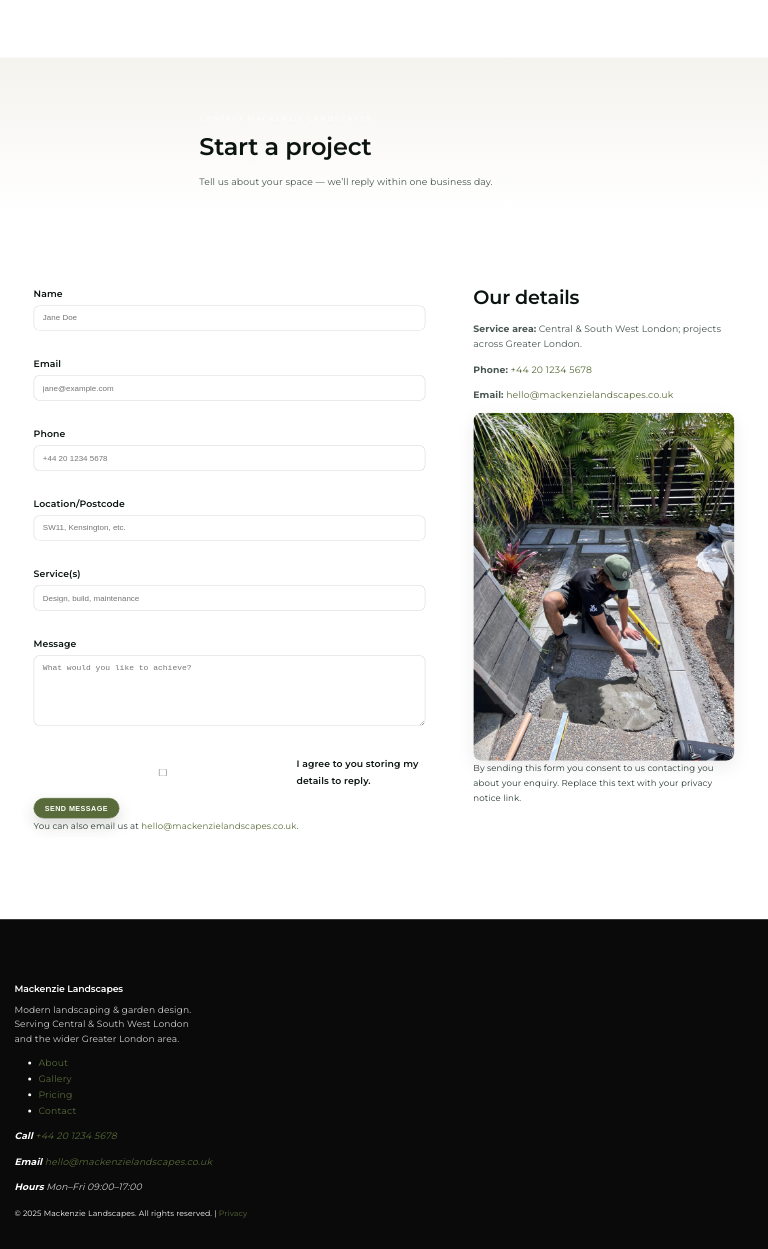
Repository: JoelMann1/MackenzieLandscapes
Page: contact.html
These files come from the project's save history. The page is drawn as it stood at one moment and after the next save; the edit follows.
The browser window is 1280 px wide. The pictures show the whole page, at 60% of full size.

Above is the page before, as saved 2025-10-22 16:09:11.

After the next save:
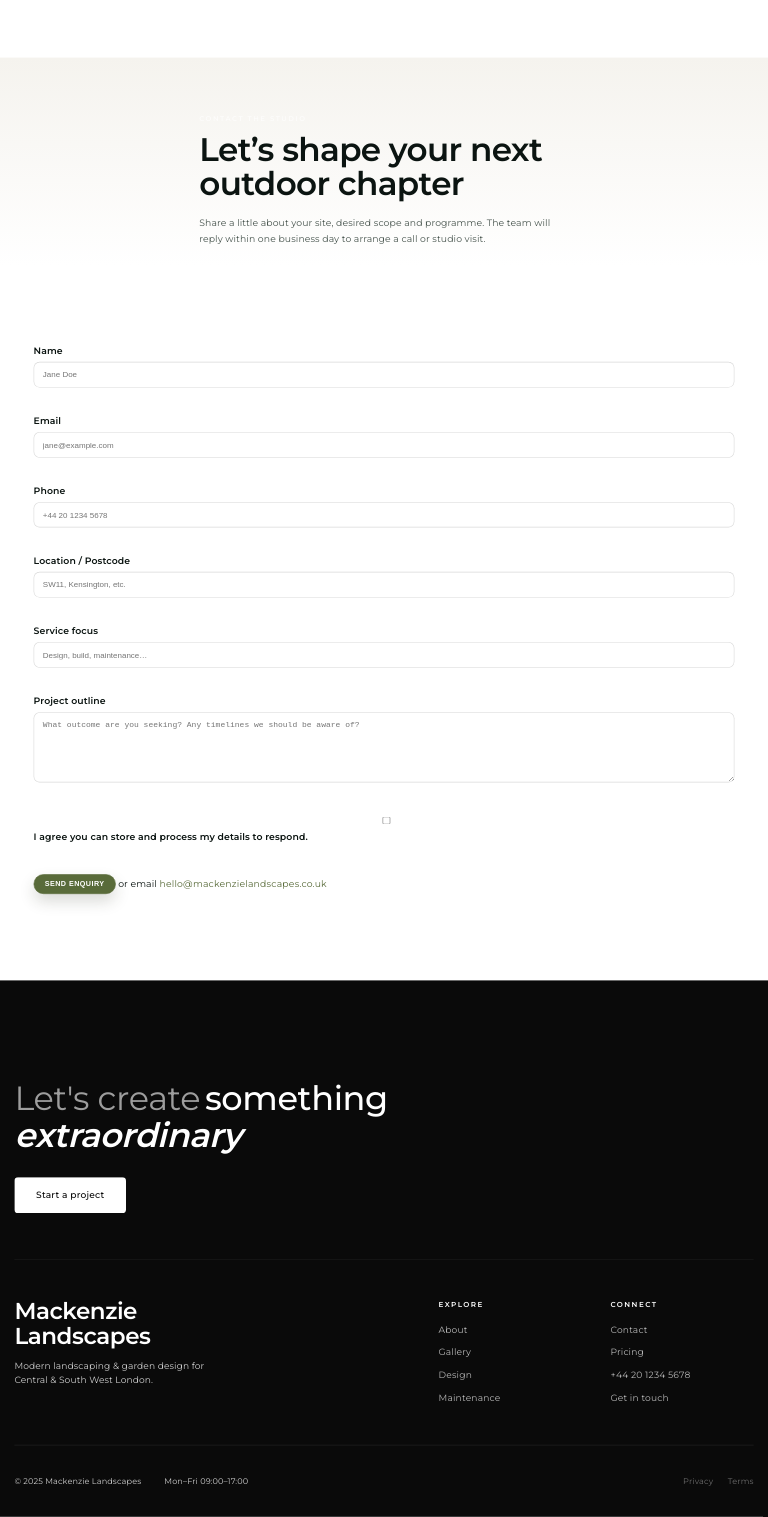
Saved 6 min 1 s later.
--- a/contact.html
+++ b/contact.html
@@ -133,17 +133,17 @@
 </div>
 <main id="content">
 
-<section class="page-hero">
+<section class="page-hero page-hero--contact">
   <div class="container narrow">
-    <p class="eyebrow">Contact Mackenzie Landscapes</p>
-    <h1>Start a project</h1>
-    <p>Tell us about your space &mdash; we&rsquo;ll reply within one business day.</p>
+    <p class="eyebrow eyebrow--sage">Contact the studio</p>
+    <h1 class="section-title section-title--display">Let&rsquo;s shape your next outdoor chapter</h1>
+    <p class="page-hero__lede">Share a little about your site, desired scope and programme. The team will reply within one business day to arrange a call or studio visit.</p>
   </div>
 </section><div id="header-sentinel" aria-hidden="true"></div>
 
-<section class="section">
-  <div class="container split contact">
-    <form id="contact-form" action="https://formspree.io/f/YOUR_FORM_ID" method="POST" novalidate>
+<section class="section section--contact">
+  <div class="container contact">
+    <form id="contact-form" class="contact-form" action="https://formspree.io/f/YOUR_FORM_ID" method="POST" novalidate>
       <div class="field">
         <label for="name">Name</label>
         <input id="name" name="name" type="text" required placeholder="Jane Doe" autocomplete="name">
@@ -160,64 +160,92 @@
         <small class="error" data-for="phone"></small>
       </div>
       <div class="field">
-        <label for="location">Location/Postcode</label>
+        <label for="location">Location / Postcode</label>
         <input id="location" name="location" type="text" required placeholder="SW11, Kensington, etc." autocomplete="postal-code">
         <small class="error" data-for="location"></small>
       </div>
       <div class="field">
-        <label for="services">Service(s)</label>
-        <input id="services" name="services" type="text" required placeholder="Design, build, maintenance">
+        <label for="services">Service focus</label>
+        <input id="services" name="services" type="text" required placeholder="Design, build, maintenance&hellip;">
         <small class="error" data-for="services"></small>
       </div>
       <div class="field">
-        <label for="message">Message</label>
-        <textarea id="message" name="message" rows="6" required placeholder="What would you like to achieve?"></textarea>
+        <label for="message">Project outline</label>
+        <textarea id="message" name="message" rows="6" required placeholder="What outcome are you seeking? Any timelines we should be aware of?"></textarea>
         <small class="error" data-for="message"></small>
       </div>
-      <div class="field inline">
-        <label class="checkbox"><input type="checkbox" name="consent" required> I agree to you storing my details to reply.</label>
+      <div class="field field--checkbox">
+        <label class="checkbox-label">
+          <input type="checkbox" name="consent" required class="checkbox-input">
+          <span class="checkbox-custom"></span>
+          <span class="checkbox-text">I agree you can store and process my details to respond.</span>
+        </label>
+        <small class="error" data-for="consent"></small>
       </div>
       <input type="hidden" name="_subject" value="New enquiry from Mackenzie Landscapes site">
-      <button class="btn btn--primary" type="submit">Send message</button>
-      <p class="small">You can also email us at <a href="mailto:hello@mackenzielandscapes.co.uk">hello@mackenzielandscapes.co.uk</a>.</p>
+      <div class="contact-form__actions">
+        <button class="btn btn--primary" type="submit">Send enquiry</button>
+        <span class="contact-form__alt">or email <a href="mailto:hello@mackenzielandscapes.co.uk">hello@mackenzielandscapes.co.uk</a></span>
+      </div>
       <p class="form-status" role="status" aria-live="polite"></p>
     </form>
-    <aside class="contact-aside">
-      <h2>Our details</h2>
-      <p><strong>Service area:</strong> Central &amp; South West London; projects across Greater London.</p>
-      <p><strong>Phone:</strong> <a href="tel:+442012345678">+44 20 1234 5678</a></p>
-      <p><strong>Email:</strong> <a href="mailto:hello@mackenzielandscapes.co.uk">hello@mackenzielandscapes.co.uk</a></p>
-      <div class="map-embed">
-        <img src="assets/img/IMG-4079-768x1024.jpg" alt="Mackenzie Landscapes project location with landscaped walkway">
-      </div>
-      <p class="small">By sending this form you consent to us contacting you about your enquiry. Replace this text with your privacy notice link.</p>
-    </aside>
   </div>
 </section>
 
 </main>
 <footer class="site-footer">
-  <div class="container footer-grid" data-reveal>
-    <div class="footer-brand">
-      <h4>Mackenzie Landscapes</h4>
-      <p>Modern landscaping &amp; garden design. Serving Central &amp; South West London and the wider Greater London area.</p>
+  <div class="container">
+    <div class="footer-hero">
+      <h2 class="footer-hero__title">
+        <span class="footer-hero__line" data-footer-line>Let's create</span>
+        <span class="footer-hero__line footer-hero__line--large" data-footer-line>something</span>
+        <span class="footer-hero__line footer-hero__line--accent" data-footer-line>extraordinary</span>
+      </h2>
+      <div class="footer-hero__cta" data-footer-fade>
+        <a href="contact.html" class="footer-cta-btn">Start a project</a>
+      </div>
     </div>
-    <nav aria-label="Footer">
-      <ul class="foot-links">
-        <li><a href="about.html">About</a></li>
-        <li><a href="gallery.html">Gallery</a></li>
-        <li><a href="pricing.html">Pricing</a></li>
-        <li><a href="contact.html">Contact</a></li>
-      </ul>
-    </nav>
-    <address>
-      <p><strong>Call</strong> <a href="tel:+442012345678">+44 20 1234 5678</a></p>
-      <p><strong>Email</strong> <a href="mailto:hello@mackenzielandscapes.co.uk">hello@mackenzielandscapes.co.uk</a></p>
-      <p><strong>Hours</strong> Mon&ndash;Fri 09:00&ndash;17:00</p>
-    </address>
-  </div>
-  <div class="container fine">
-    <small>&copy; <span id="year"></span> Mackenzie Landscapes. All rights reserved. | <a href="#">Privacy</a></small>
+
+    <div class="footer-content">
+      <div class="footer-main">
+        <div class="footer-brand" data-footer-fade>
+          <h3>Mackenzie<br>Landscapes</h3>
+          <p>Modern landscaping &amp; garden design for Central &amp; South West London.</p>
+        </div>
+
+        <nav class="footer-nav" aria-label="Footer navigation" data-footer-fade>
+          <div class="footer-nav__col">
+            <h4>Explore</h4>
+            <ul>
+              <li><a href="about.html">About</a></li>
+              <li><a href="gallery.html">Gallery</a></li>
+              <li><a href="concept-and-design.html">Design</a></li>
+              <li><a href="maintenance.html">Maintenance</a></li>
+            </ul>
+          </div>
+          <div class="footer-nav__col">
+            <h4>Connect</h4>
+            <ul>
+              <li><a href="contact.html">Contact</a></li>
+              <li><a href="pricing.html">Pricing</a></li>
+              <li><a href="tel:+442012345678">+44 20 1234 5678</a></li>
+              <li><a href="mailto:hello@mackenzielandscapes.co.uk">Get in touch</a></li>
+            </ul>
+          </div>
+        </nav>
+      </div>
+
+      <div class="footer-bottom" data-footer-fade>
+        <div class="footer-meta">
+          <p>&copy; <span id="year"></span> Mackenzie Landscapes</p>
+          <p>Mon&ndash;Fri 09:00&ndash;17:00</p>
+        </div>
+        <div class="footer-legal">
+          <a href="#">Privacy</a>
+          <a href="#">Terms</a>
+        </div>
+      </div>
+    </div>
   </div>
 </footer>
 <script src="assets/js/main.js"></script>
